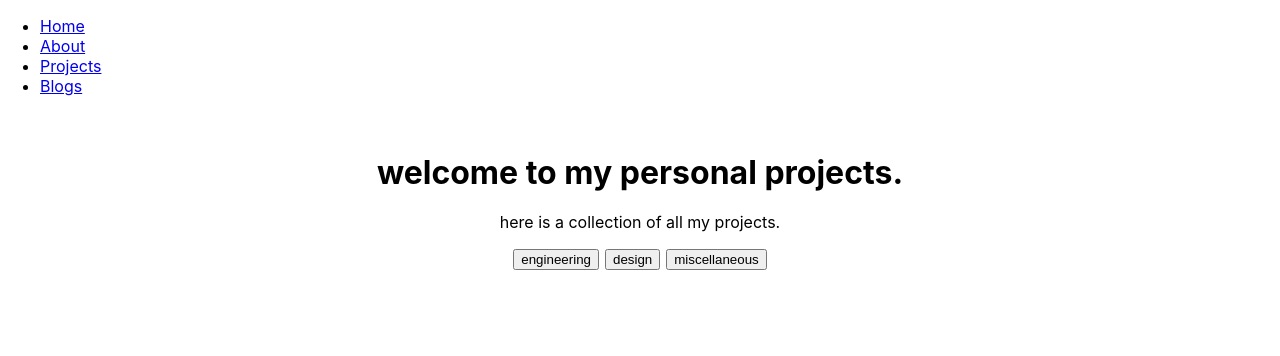
Repository: nicholaschen09/personalWebsite
Page: /projects
An editor plug-in stored every save of this project. The page is shown before and after the next save, followed by the edit.
The browser window is 1280 px wide. The pictures show the whole page.
The project was rebuilt for these pictures with package versions that can differ from the ones it lists, and the page was loaded fresh each time. Also part of the build but not shown: src/components/About.css, src/components/About.js, src/components/Home.js, src/components/Blog.css, src/components/Blog.js, src/components/Miscellaneous.css, src/components/Miscellaneous.js, src/components/Design.css and 3 more.

Above is the page before, as saved 2024-07-17 22:15:03.

After the next save:
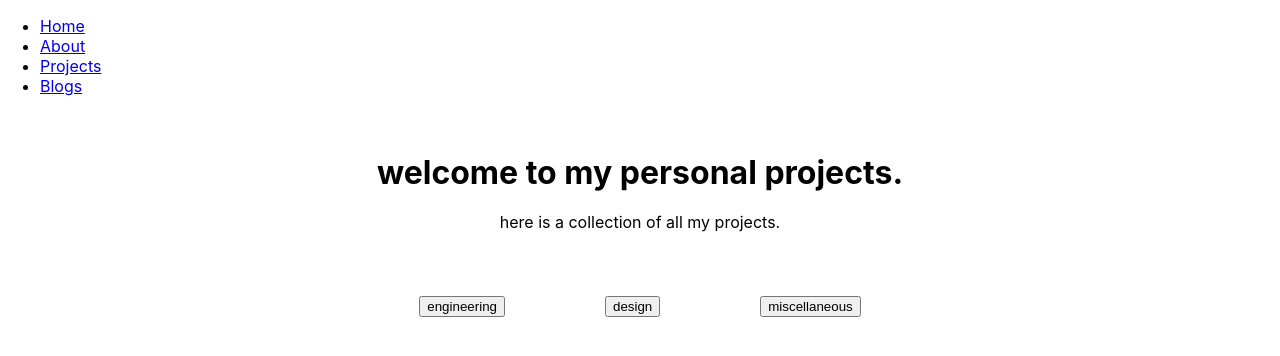
Saved 9 s later.
--- a/src/components/Projects.css
+++ b/src/components/Projects.css
@@ -5,5 +5,5 @@
 }
 
 .projects button {
-    margin: 3px;
+    margin: 50px;
 }
